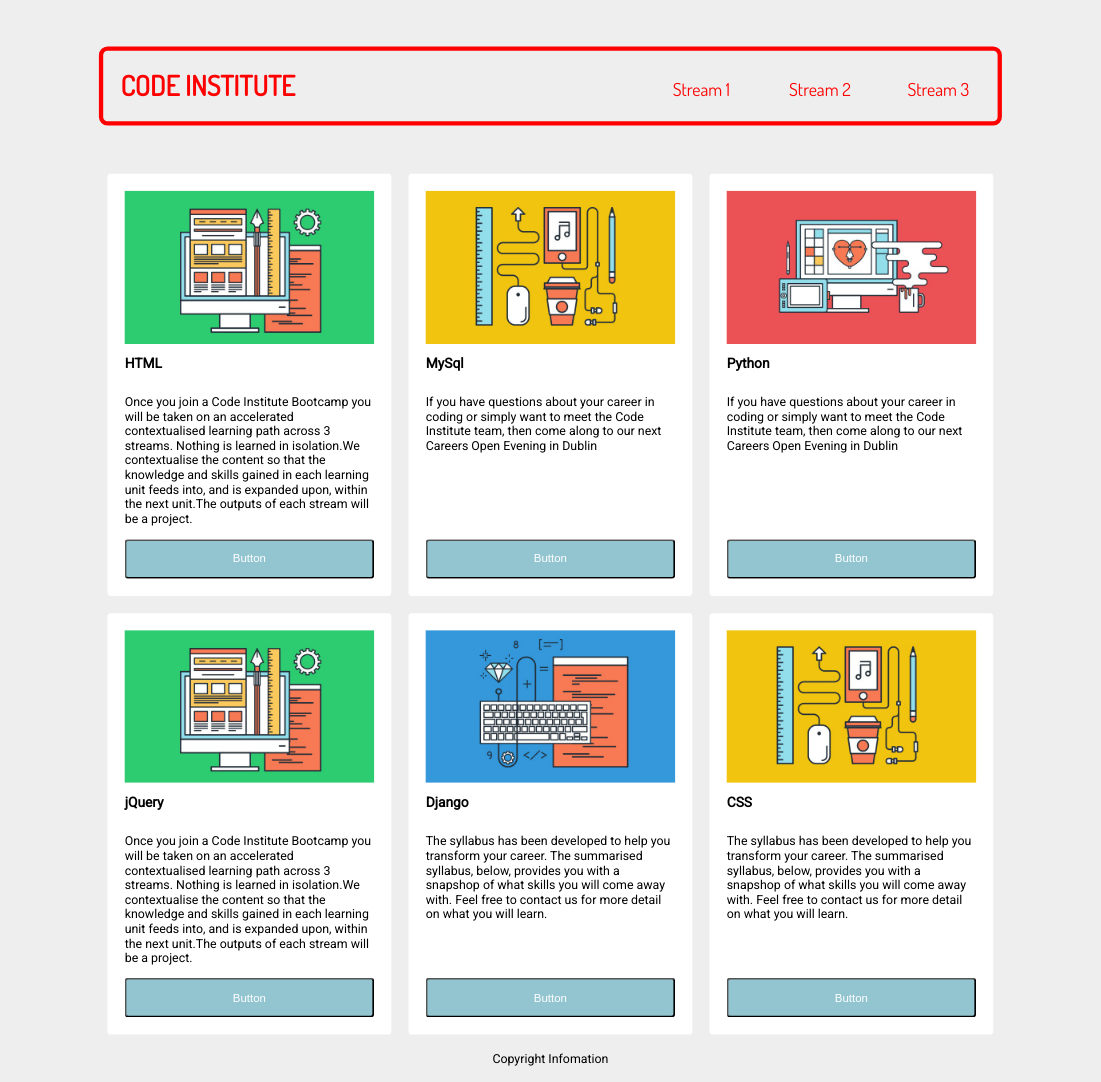
Repository: nitr-am/excersices-using-Jquery
Page: Cards-jquery.html
The author's editor kept a record of every edit. The page is drawn from the files as they stood at one moment, then again after the next edit.
The browser window is 1280 px wide. The pictures show the whole page, at 86% of full size.
Some web libraries are served in a nearby version.

Above is the page before.

### Cards-jquery.html
<!DOCTYPE html>
<html lang="en">
<head>
	<meta charset="UTF-8">
	<meta name="viewport" content="width=device-width, initial-scale=1">
	<title>jQuery</title>
	<link href="style.css" rel="stylesheet">
	<link href='https://fonts.googleapis.com/css?family=Roboto' rel='stylesheet' type='text/css'>
	<link href='https://fonts.googleapis.com/css?family=Dosis' rel='stylesheet' type='text/css'>
</head>
<body>
	<div id="container">
		<nav>
			<ul>
				<li id="logoNav">CODE INSTITUTE</li>
				<li id="stream1_btn">Stream 1</li>
				<li id="stream2_btn">Stream 2</li>
				<li id="stream3_btn">Stream 3</li>
			</ul>
		</nav>
		<div class="card stream1">
			<img id="img3" class="card_image" src="img/3.png" alt="coding icon">
			<div class="card_bottom">
				<h2 id="sz_html" class="card_head">HTML</h2>
				<p id="html_vanish" class="card_para">Once you join a Code Institute Bootcamp you will be taken on an accelerated contextualised learning path across 3 streams. Nothing is learned in isolation.We contextualise the content so that the knowledge and skills gained in each learning unit feeds into, and is expanded upon, within the next unit.The outputs of each stream will be a project. </p>
				<button id="button1" class="bottom_button makeRed">Button</button>
			</div>
		</div>
		<div class="card stream3">
			<img id="img1" class="card_image" src="img/1.png" alt="coding icon">
			<h2 id="sz_mysql" class="card_head">MySql</h2>
			<p id="mysql_vanish" class="card_para">If you have questions about your career in coding or simply want to meet the Code Institute team, then come along to our next Careers Open Evening in Dublin</p>
			<button id="button2" class="bottom_button makeRed">Button</button>
		</div>

		<div class="card stream2">
			<img id="img2" class="card_image" src="img/2.png" alt="coding icon">
			<h2 id="sz_python" class="card_head">Python</h2>
			<p id="python_vanish" class="card_para">If you have questions about your career in coding or simply want to meet the Code Institute team, then come along to our next Careers Open Evening in Dublin</p>
			<button id="button3" class="bottom_button makeRed">Button</button>
		</div>
		<div class="card stream1">
			<img id="img5" class="card_image" src="img/3.png" alt="coding icon">
			<div class="card_bottom">
				<h2 id="sz_jquery" class="card_head">jQuery</h2>
				<p id="jquery_vanish" class="card_para">Once you join a Code Institute Bootcamp you will be taken on an accelerated contextualised learning path across 3 streams. Nothing is learned in isolation.We contextualise the content so that the knowledge and skills gained in each learning unit feeds into, and is expanded upon, within the next unit.The outputs of each stream will be a project. </p>
				<button id="button4" class="bottom_button makeRed">Button</button>
			</div>
		</div>
		<div class="card stream3">
			<img id="img4" class="card_image" src="img/4.png" alt="coding icon">
			<h2 id="sz_django" class="card_head">Django</h2>
			<p id="django_vanish" class="card_para">The syllabus has been developed to help you transform your career. The summarised syllabus, below, provides you with a snapshop of what skills you will come away with. Feel free to contact us for more detail on what you will learn.</p>
			<button id="button5" class="bottom_button makeRed">Button</button>
		</div>
		<div class="card stream1">
			<img id="img6" class="card_image" src="img/1.png" alt="coding icon">
			<h2 id="sz_css" class="card_head">CSS</h2>
			<p id="css_vanish" class="card_para">The syllabus has been developed to help you transform your career. The summarised syllabus, below, provides you with a snapshop of what skills you will come away with. Feel free to contact us for more detail on what you will learn.</p>
			<button id="button6" class="bottom_button makeRed">Button</button>
		</div>
		<div id="my_footer">
			<p id="copyright">Copyright Infomation</p>
		</div>
	</div>
	<script src="https://code.jquery.com/jquery-3.2.1.js" integrity="sha256-DZAnKJ/6XZ9si04Hgrsxu/8s717jcIzLy3oi35EouyE=" crossorigin="anonymous"></script>
	<script src="script.js"></script> <!-- Scripts located at the bottom of the body to insure page is fully loaded before execution -->

</body>
</html>

### style.css
body{
	font-family: 'Roboto', sans-serif;
	/*background-image: url(img/code-institute.jpg);
 	background-size: cover;
 	color: #ffffff;*/
 	background-color: #eee;
}

.bg_color {
	background-color: #000;
}

h1{
	font-size: 3em;
	text-align: center;
}
h2{
	font-size: 1em;
	text-align: left;
}
p{
	font-size: .9rem;
}

div{
	border-radius: 4px;
}

.card_image{
	width: 100%;
}
.bottom_button{
	display: flex;
	box-sizing:border-box;
	border-radius: 4px;
	display: block;
	width: 100%;
	background-color:rgba(129, 187, 201,.85);
	text-align: center;
	padding: 1em .75em;
	text-decoration: none;
	color: #fff;

}

.card_bottom{
	display: flex;
	flex-flow:column;
}
.card_head{
	flex:0;
}
.card_para{
	flex:1 0 auto;
}

#container
{
	display: flex;		/* makes container a flexbox*/
	flex-flow: row wrap; 	/* layout the boxes in rows and wrap them*/
	box-sizing:border-box;
	margin-right:auto;
	margin-left:auto;
	max-width:1050px;
}
#logo{
	width: 800px;
	margin: auto;
}

.card{
	flex:1; /* */
	display: flex;	/* make the contents controllable by flexbox*/
	flex-flow:column;	/* */
	min-width: 240px; /**/
	margin: 10px;
	padding: 20px;
	background-color: #fff;
}
.highlight_stream{
	background-color: #EB5255;
}

.highlight_text {
	color: blue;
}

.h2_color {
	background-color: lightblue;
}

.h2_size {
	font-size: 2em;
}

#my_footer{
	width:100%;
	text-align: center;
}
#copyright{
	margin-top:10px;
	margin-bottom:10px;

}

/*************************
Navigation

**************************/

nav{
	font-family: roboto;
	background-color: #eee;
	margin: 30px auto;
	width: 100%;
}
ul{
	display: flex;
	justify-content:space-between;
	flex-flow: row;
	/*flex-flow: row-reverse;*/
	/*justify-content:flex-end;*/
	/*justify-content:space-around;*/
	/*align-items:flex-start;*/
	align-items:baseline;
	border-radius: 10px;
	list-style-type: none; /*Remove Bullets*/
	padding: 0;
}
li{
	flex:1;
	height: 30px;
	/*width:10%;*/
	/*border:2px solid #000;*/
	/*background-color: #81BBC9;*/
	/*border-radius: 10px;*/
	font-family: Dosis;
	padding:20px 20px 20px 20px;
	text-align: center;
	font-size: 1.3em;
}

#logoNav{
	flex:6;
	text-align: left;
	font-size: 2em;
	font-weight: bold;
}

.underline{
  text-decoration:underline;
}
.border{
  border: solid 5px #ccc;
}


@media screen and (max-width: 700px){
	ul{
		flex-flow: column;
		align-items:center;
	}
	li{
		font-size: 2em;
	}
}

### script.js
$(document).ready(function() {

    $('p').click(function() {
        $('p').addClass('get_red')
    })
    $('h2').hover(function() {
        $('h2').addClass('bg_lightblue')
    })

    // Para que crezca el tamaño de la letra de solo el h2 que estoy tocando.
    // Se queda grande y no se vuelve a reducir su tamaño
    $('h2').hover(function(){
        $(this).addClass('h2_size');
    });

    // Now this willl change de bg_color to black when mouse enter,
    // and will add a new class when mouse leave, bg will turn grey.
    $('img').mouseover(function() {
        $('body').addClass('bg_color')
    })
    $('img').mouseleave(function() {
        $('body').addClass('bg_grey')
    })

    // This is for the "button.html"
    $('#button_unique').click(function() {
        $('#para1').slideToggle('slow', );
    })

    // Para que el boton cambie su transparencia. 0.5 y 1 son grados de transparencia.
    $('#button_unique').mouseenter(function() {
        $(this).fadeTo(2000,0.5);
    })
    $('#button_unique').mouseleave(function() {
        $(this).fadeTo(2000,1);
    })

    $('#button_unique2').click(function() {
        $('#para12').hide();
    })

    ////////////////// Para que cambe el bg color del h2
	$("h2").mouseenter(function(){
        $(this).addClass("h2_bg_color");
    });
	$("h2").mouseleave(function(){
        $(this).removeClass("h2_bg_color");
    });



 	$("#stream1_btn").on("click", function() {
 		$(".stream1").removeClass('highlight_stream');
		$(".stream2").removeClass('highlight_stream');
		$(".stream3").removeClass('highlight_stream');
	  	$(".stream1").addClass('highlight_stream');
	});
	$("#stream2_btn").on("click", function() {
		$(".stream1").removeClass('highlight_stream');
		$(".stream2").removeClass('highlight_stream');
		$(".stream3").removeClass('highlight_stream');
	  	$(".stream2").addClass('highlight_stream');
	});
	$("#stream3_btn").on("click", function() {
		$(".stream1").removeClass('highlight_stream');
		$(".stream2").removeClass('highlight_stream');
		$(".stream3").removeClass('highlight_stream');
	  	$(".stream3").addClass('highlight_stream');
	});
	$("ul").css("border", "5px solid red");
	$("ul li").css("color", "red");

/* ----------> Este es para cambiar el color del texto.
	$("p").click(function(){
      $("p").addClass("highlight_text");
    });
*/


/* -----------------> To change the size of the h2 when hovered
    $("#sz_html").hover(function() {
    	$("#sz_html").removeClass("h2_size");
    	$("#sz_mysql").removeClass("h2_size");
    	$("#sz_python").removeClass("h2_size");
    	$("#sz_jquery").removeClass("h2_size");
    	$("#sz_django").removeClass("h2_size");
    	$("#sz_css").removeClass("h2_size");
    	$("#sz_html").addClass("h2_size");
    });
    $("#sz_mysql").hover(function() {
    	$("#sz_html").removeClass("h2_size");
    	$("#sz_mysql").removeClass("h2_size");
    	$("#sz_python").removeClass("h2_size");
    	$("#sz_jquery").removeClass("h2_size");
    	$("#sz_django").removeClass("h2_size");
    	$("#sz_css").removeClass("h2_size");
    	$("#sz_mysql").addClass("h2_size");
    });
    $("#sz_python").hover(function() {
    	$("#sz_html").removeClass("h2_size");
    	$("#sz_mysql").removeClass("h2_size");
    	$("#sz_python").removeClass("h2_size");
    	$("#sz_jquery").removeClass("h2_size");
    	$("#sz_django").removeClass("h2_size");
    	$("#sz_css").removeClass("h2_size");
    	$("#sz_python").addClass("h2_size");
    });
    $("#sz_jquery").hover(function() {
    	$("#sz_html").removeClass("h2_size");
    	$("#sz_mysql").removeClass("h2_size");
    	$("#sz_python").removeClass("h2_size");
    	$("#sz_jquery").removeClass("h2_size");
    	$("#sz_django").removeClass("h2_size");
    	$("#sz_css").removeClass("h2_size");
    	$("#sz_jquery").addClass("h2_size");
    });
    $("#sz_django").hover(function() {
    	$("#sz_html").removeClass("h2_size");
    	$("#sz_mysql").removeClass("h2_size");
    	$("#sz_python").removeClass("h2_size");
    	$("#sz_jquery").removeClass("h2_size");
    	$("#sz_django").removeClass("h2_size");
    	$("#sz_css").removeClass("h2_size");
    	$("#sz_django").addClass("h2_size");
    });
    $("#sz_css").hover(function() {
    	$("#sz_html").removeClass("h2_size");
    	$("#sz_mysql").removeClass("h2_size");
    	$("#sz_python").removeClass("h2_size");
    	$("#sz_jquery").removeClass("h2_size");
    	$("#sz_django").removeClass("h2_size");
    	$("#sz_css").removeClass("h2_size");
    	$("#sz_css").addClass("h2_size");
    });
*/

// ---------> Este cambia el color de fondo fondo
 /*   $(".bottom_button").mouseenter(function() {
    	$("body").addClass("bg_color");
    });
    $(".bottom_button").mouseout(function() {
    	$("body").removeClass("bg_color");
    });
*/

 /* ////////////////////Para que cambie lucidez

    $("#button1").mouseenter(function() {
        $("#button1").fadeTo(1000, 0.5, )
    });
    $("#button1").mouseout(function() {
        $("#button1").fadeTo(1000, 1)
    });
*/

// ---------------- This one is to change the color of the buttons
    $("button").mouseenter(function() {
        $(this).removeClass("makeRed").addClass("makeBorder")
    });
    $("button").mouseout(function() {
        $(this).removeClass("makeBorder").addClass("makeRed")
    });

 // --------> Images and Buttons, to make the paragraph vanish
 //   $("#html_vanish").hide();
    $("#img3").click(function() {
       $("#html_vanish").slideToggle("slow", )
    })
    $("#button1").click(function() {
       $("#html_vanish").slideToggle("slow", )
    });

//   $("#mysql_vanish").hide();
    $("#img1").click(function() {
       $("#mysql_vanish").slideToggle("slow", )
    })
    $("#button2").click(function() {
       $("#mysql_vanish").slideToggle("slow", )
    });

//    $("#python_vanish").hide();
    $("#img2").click(function() {
       $("#python_vanish").slideToggle("slow", )
    })
    $("#button3").click(function() {
       $("#python_vanish").slideToggle("slow", )
    });

//    $("#jquery_vanish").hide();
    $("#img5").click(function() {
       $("#jquery_vanish").slideToggle("slow", )
    })
    $("#button4").click(function() {
       $("#jquery_vanish").slideToggle("slow", )
    });

//    $("#django_vanish").hide();
    $("#img4").click(function() {
       $("#django_vanish").slideToggle("slow", )
    })
    $("#button5").click(function() {
       $("#django_vanish").slideToggle("slow", )
    });

//    $("#css_vanish").hide();
    $("#img6").click(function() {
       $("#css_vanish").slideToggle("slow", )
    })
    $("#button6").click(function() {
       $("#css_vanish").slideToggle("slow", )
    });

// ----> Esto hara que todos los hiperviculos se resalten cuando pase el mouse por el texto
    $("p").mouseenter(function() {
        $(this).children("a").addClass("highlight")
    })
    $("p").mouseleave(function() {
        $(this).children("a").removeClass("highlight")
    })

// ------> The use of next
 /*   $("button").click(function() {
        $(this).prev().slideToggle(1000, )
    });
 */
    $(".card").click(function() { // esto me pinta o despunta el bk de cada cartilla
		$(this).toggleClass("highlight");
	});

     //let highlighted =  $(".card").toggleClass("highlight");
     $("#select_btn").click(function() { // esta opcion me desaarece las cartillas no pintadas (la opcion de arriba)
        $(".card:not(.highlight)").hide() // Las qe no esten pintadas las desaparece. :not(slector)
     })
     $("#all_btn").click(function() {
        $(".card").show() // esta me vuelve a mostrar todas todas.
     })




});

After the next edit:
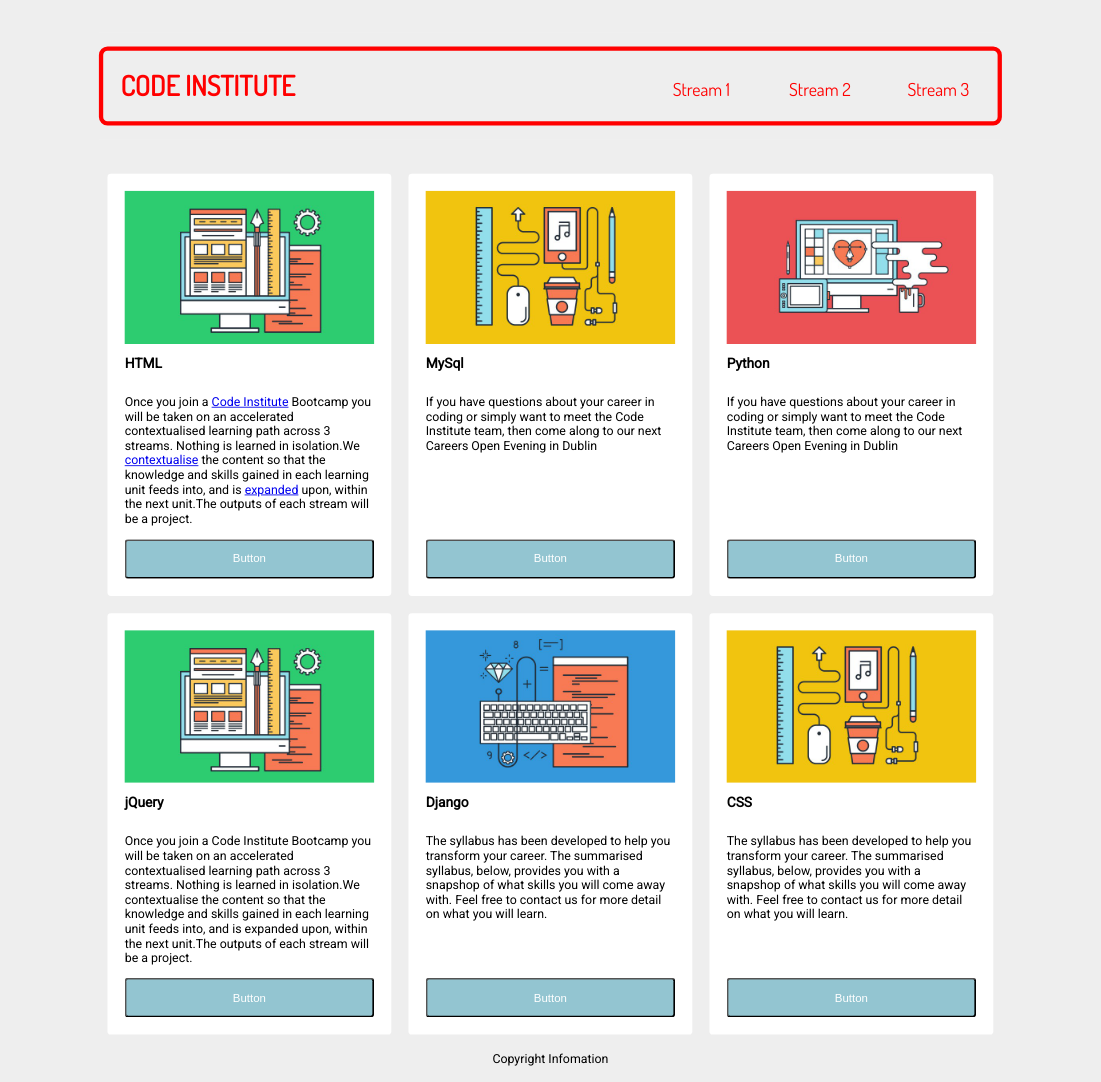
The edit:
--- a/Cards-jquery.html
+++ b/Cards-jquery.html
@@ -22,7 +22,7 @@
 			<img id="img3" class="card_image" src="img/3.png" alt="coding icon">
 			<div class="card_bottom">
 				<h2 id="sz_html" class="card_head">HTML</h2>
-				<p id="html_vanish" class="card_para">Once you join a Code Institute Bootcamp you will be taken on an accelerated contextualised learning path across 3 streams. Nothing is learned in isolation.We contextualise the content so that the knowledge and skills gained in each learning unit feeds into, and is expanded upon, within the next unit.The outputs of each stream will be a project. </p>
+				<p id="html_vanish" class="card_para">Once you join a <a href="#">Code Institute</a> Bootcamp you will be taken on an accelerated contextualised learning path across 3 streams. Nothing is learned in isolation.We <a href="#">contextualise</a> the content so that the knowledge and skills gained in each learning unit feeds into, and is <a href="#">expanded</a> upon, within the next unit.The outputs of each stream will be a project. </p>
 				<button id="button1" class="bottom_button makeRed">Button</button>
 			</div>
 		</div>
